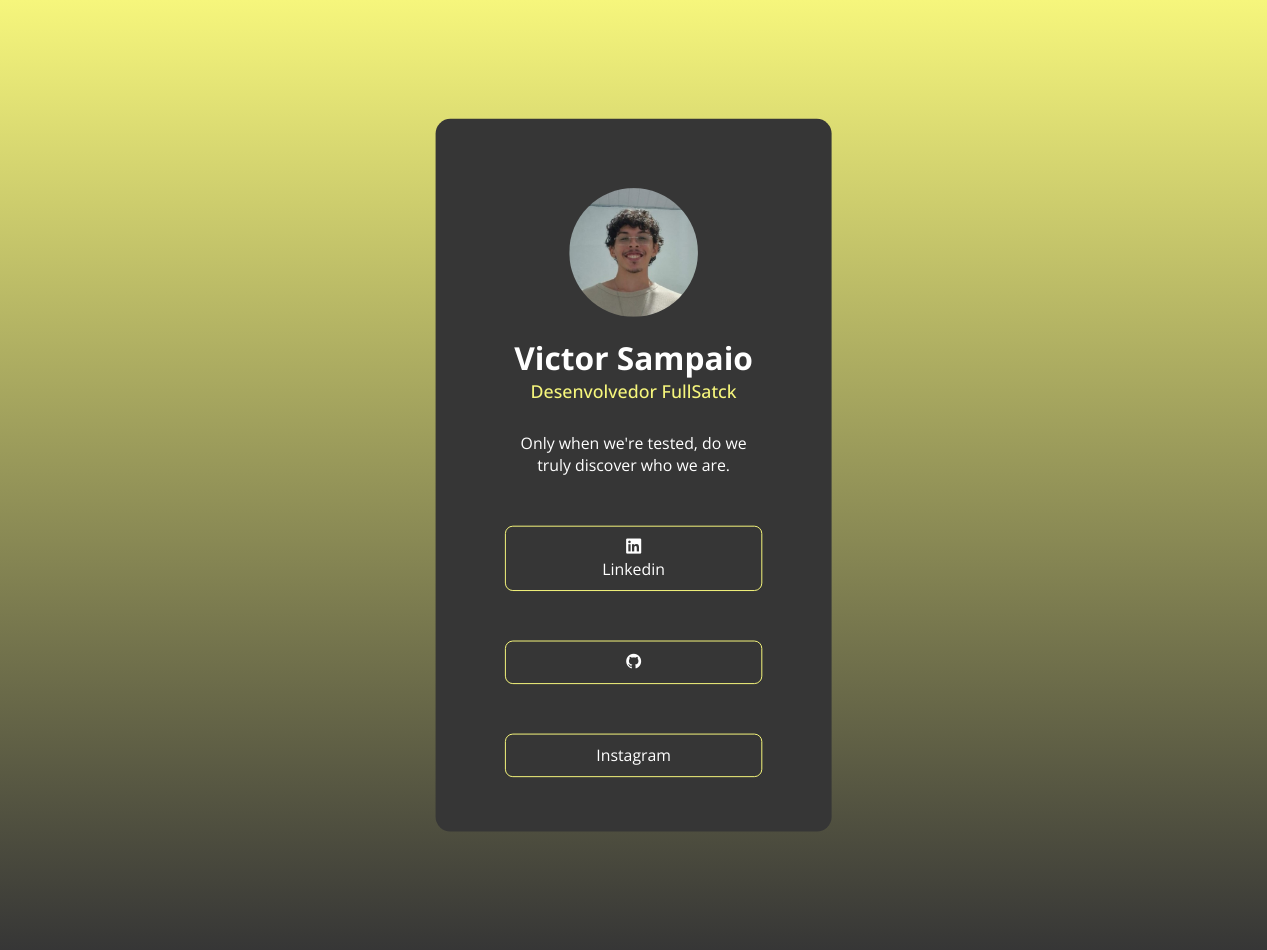
Repository: VictorSampaioDev/linkthree-gt9
Page: index.html
The author's editor kept a copy of each file at every save. The page is drawn from the files as they stood at one save, then again after the next save.
The browser window is 1280 px wide. The pictures show the whole page, at 99% of full size.

Above is the page before, as saved 2025-04-11 10:36:47.

After the next save:
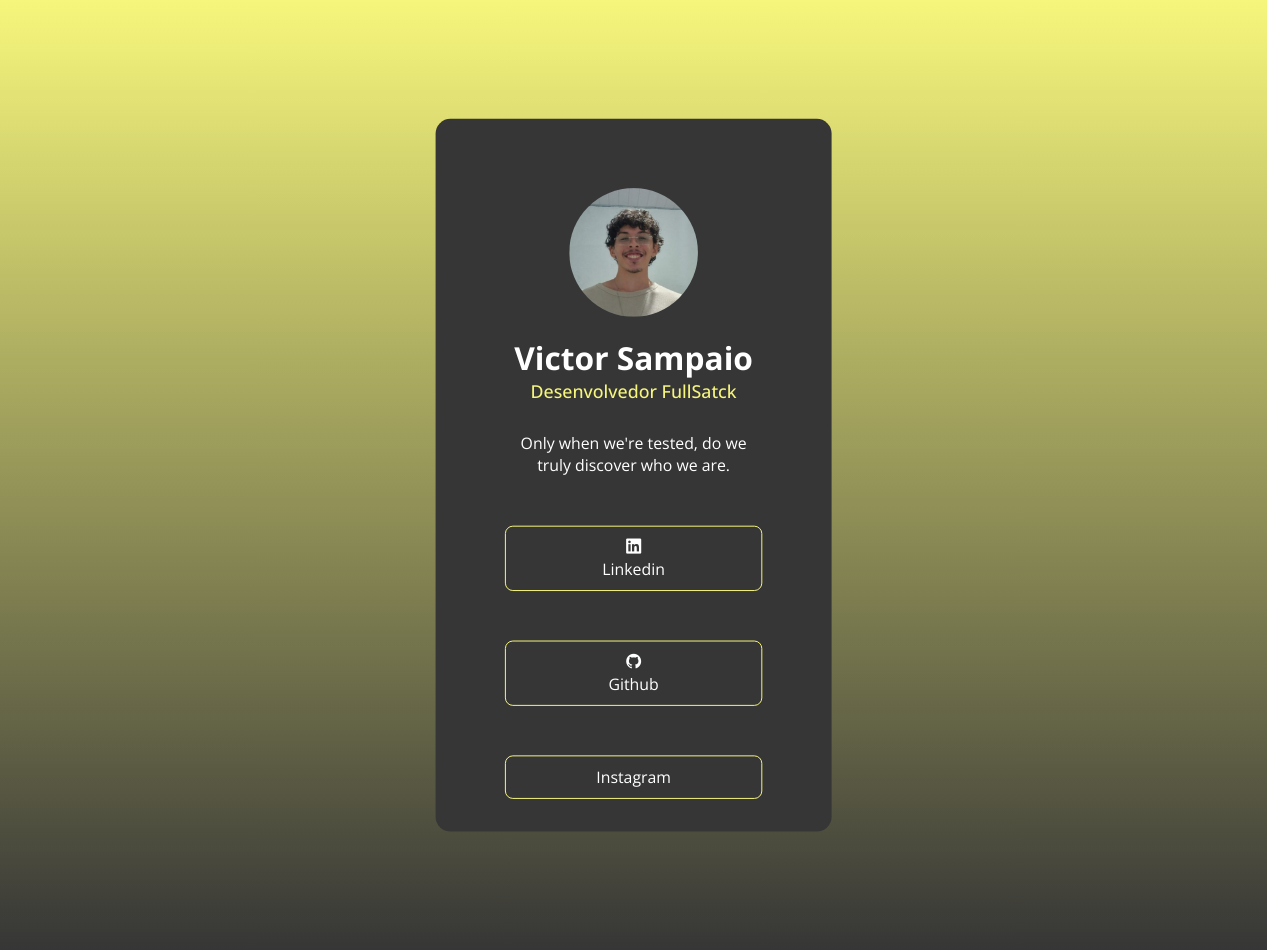
Saved 6 s later.
--- a/index.html
+++ b/index.html
@@ -40,7 +40,7 @@
                 <a href="https://github.com/VictorSampaioDev" target="_blank">
                    <li>
                     <i class="devicon-github-original"></i>
-                    <p></p>
+                    <p>Github</p>
                    </li>
                 </a>
 
